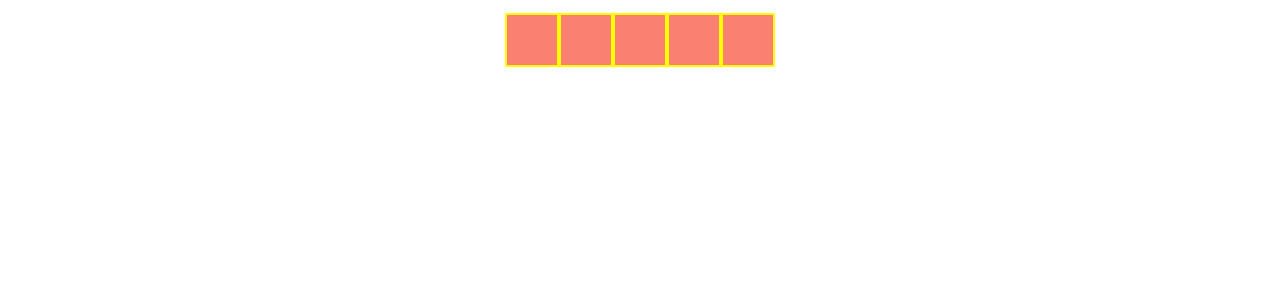
Repository: batonAnton/cursor_hw_10
Page: index.html
An editor plug-in stored every save of this project. The page is shown before and after the next save, followed by the edit.
The browser window is 1280 px wide. The pictures show the whole page.

Above is the page before, as saved 2023-01-31 12:37:50.
Console error: TypeError: Cannot set properties of undefined (setting 'backgroundColor')

After the next save:
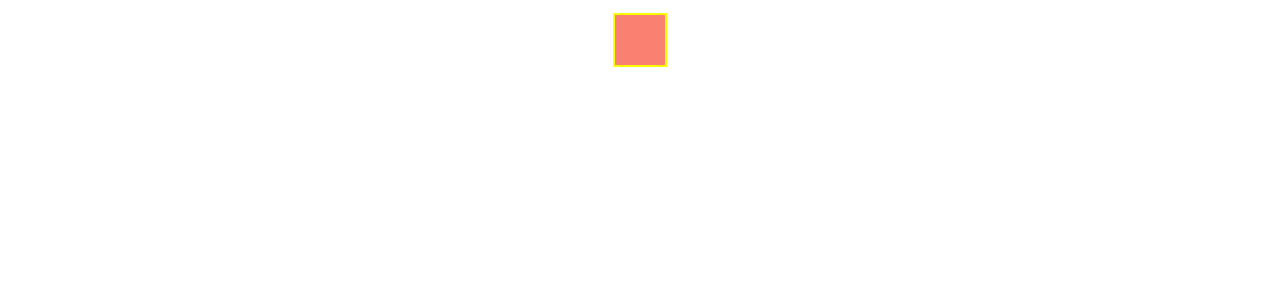
Console error: TypeError: Cannot read properties of null (reading 'style')
Saved 7 min 45 s later.
--- a/index.js
+++ b/index.js
@@ -6,6 +6,8 @@ function generateBlocks(){
             const div = document.createElement("div");
             div.classList.add("box");
             container.prepend(div);
+changeBackGround()
+
 
             // myDiv.innerHTML = "#" + randomColor;
         }
@@ -13,15 +15,13 @@ function generateBlocks(){
 
 function changeBackGround() {
     const randomColor = Math.floor(Math.random()*16777215).toString(16);
-    const block = document.getElementsByClassName("box");
-    block.style.backgroundColor = "lightblue";
+     document.getElementById("myDiv").style.backgroundColor = "#" + randomColor;
     console.log(block);
 
 }
 // }
 
 generateBlocks();
-changeBackGround()
 
 // function generateBlocksInterval(){
 //     const randomColor = Math.floor(Math.random()*16777215).toString(16);
